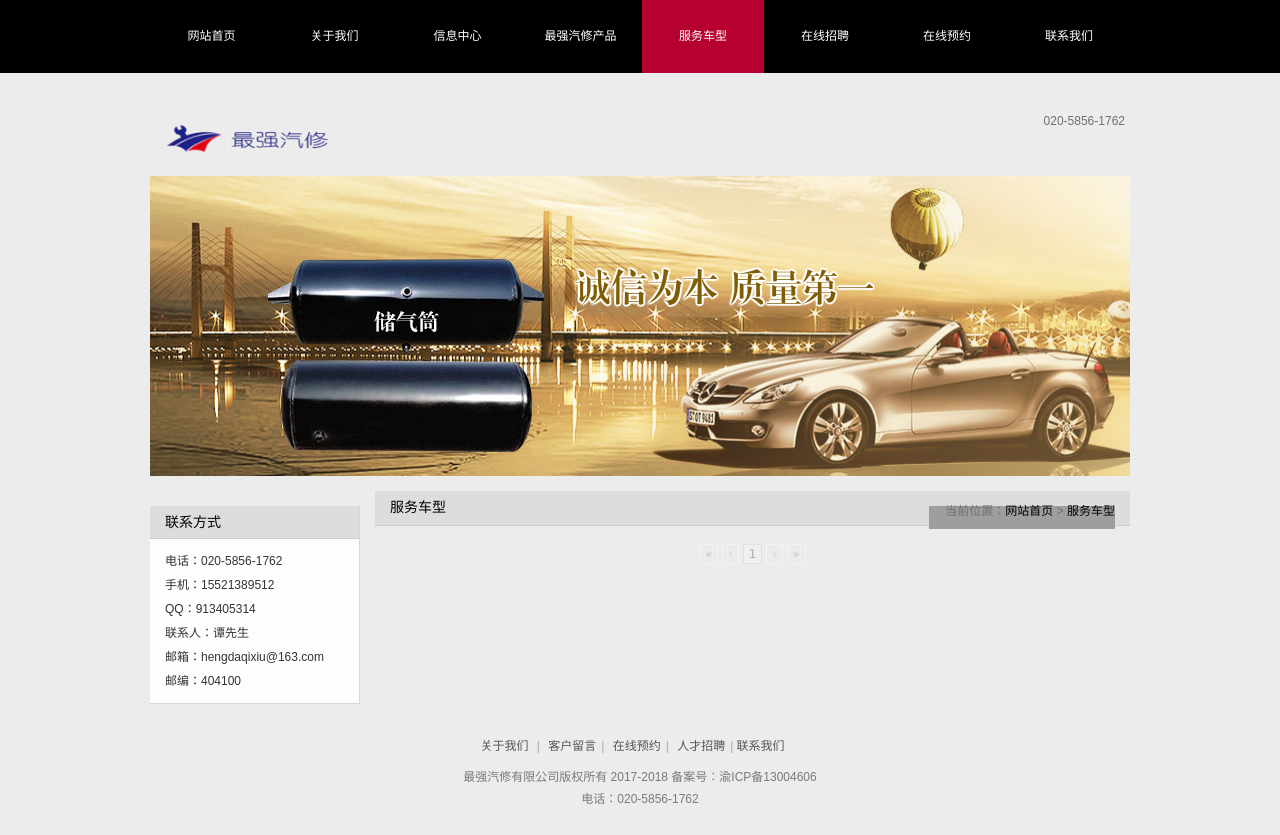
Repository: liaojingrui01/CarRepair
Page: http://localhost/CarWebPro/carOfficial/cases.jsp
An editor plug-in stored every save of this project. The page is shown before and after the next save, followed by the edit.
The browser window is 1280 px wide. The pictures show the whole page.
Pictures or frames that could not be fetched are drawn as grey boxes. The page is served by Tomcat 9. Other server files are loaded and not shown. The template is opened directly, without the code that normally fills it, so the values that code supplies are empty.

Above is the page before, as saved 2019-07-03 02:54:39.
Console error (its wording comes from the project's code and is left out).

### CarWebPro/WebContent/carOfficial/cases.jsp
<%@ page language="java" contentType="text/html; charset=utf-8"
	pageEncoding="utf-8"%>
	<%@ taglib uri="http://java.sun.com/jsp/jstl/core" prefix="c"%>
<!DOCTYPE HTML>
<html>

<head>
<meta name="renderer" content="webkit">
<meta charset="utf-8" />
<meta http-equiv="X-UA-Compatible" content="IE=edge,chrome=1">
<title>最强汽修有限公司</title>
<link href="/CarWebPro/carOfficial/css/bootstrap.css" rel="stylesheet">
<script src="/CarWebPro/carOfficial/js/bootstrap.js"></script>
<link rel="stylesheet" type="text/css" href="/CarWebPro/carOfficial/css/meteinfo_ui.css"
	id="metuimodule" data-module="1" />
<link rel="stylesheet" type="text/css" href="/CarWebPro/carOfficial/css/metinfo.css" />

<script src="/CarWebPro/carOfficial/js/jQuery1.7.2.js" type="text/javascript"></script>
<script src="/CarWebPro/carOfficial/js/metinfo_ui.js" type="text/javascript"></script>
<script src="/CarWebPro/carOfficial/js/ch.js" type="text/javascript"></script>
<!--[if IE]>
<script src="./public/js/html5.js" type="text/javascript"></script>
<![endif]-->
</head>

<body>
	<div class="m-nav">
		<nav class="inner">
			<ul class="list-none">
				<li id="nav_10001" style='width: 123px;'><a href='/CarWebPro/carOfficial/index.jsp'
					title='网站首页' class='nav'><span>网站首页</span></a></li>
				<li id='nav_1' style='width: 123px;'><a href='javascript:;'
					0 title='关于我们' class='hover-none nav'><span>关于我们</span></a></li>
				<li id='nav_2' style='width: 123px;'><a href='javascript:;'
					title='信息中心' class='hover-none nav'><span>信息中心</span></a></li>
				<li id='nav_3' style='width: 123px;'><a href='javascript:;'
					title='恒达汽修产品' class='hover-none nav'><span>最强汽修产品</span></a></li>
				<li id='nav_4' style='width: 122px;' class='navdown'><a
					href='${pageContext.request.contextPath }/CarUrl?op=carservice' title='服务车型' class='hover-none nav'><span>服务车型</span></a></li>
				<li id='nav_34' style='width: 122px;'><a href='javascript:;'
					title='在线招聘' class='hover-none nav'><span>在线招聘</span></a></li>
				<li id='nav_11' style='width: 122px;'><a href='booking.jsp'
					title='在线预约 ' class='hover-none nav'><span>在线预约 </span></a></li>
				<li id='nav_18' style='width: 122px;'><a href='javascript:;'
					title='联系我们' class='hover-none nav'><span>联系我们</span></a></li>
			</ul>
		</nav>
	</div>



	<header>
		<div class="inner top">

			<a href="./../" title="汽配公司" id="web_logo"> <img
				src="/CarWebPro/carOfficial/img/1363847903.png" style="width: 210px; height: 55px;"
				alt="汽配公司" title="汽配公司" style="margin:0px 0px 0px 10px;" />
			</a>

			<div class="top-seo">
				<div class="tpseotxt">
					<p>&nbsp;020-5856-1762</p>
				</div>
			</div>
		</div>
	</header>

	<div class="inner met_flash">
		<div class="flash">
			<img src='/CarWebPro/carOfficial/img/1363850250.jpg' width='980' alt='' height='300'>
		</div>
	</div>

	<div class="sidebar inner">

		<div class="sb_nav">

			<h3 class='title line'>联系方式</h3>
			<div class="active editor b-r">
				<div>电话：020-5856-1762</div>
				<div>手机：15521389512</div>
				<div>QQ：913405314</div>
				<div>联系人：谭先生</div>
				<div>邮箱：hengdaqixiu@163.com</div>
				<div>邮编：404100</div>
				<div class="clear"></div>
			</div>

		</div>

		<div class='sb_box '>
			<h3 class="title">
				<div class="position">
					当前位置：<a href="./../" title="网站首页">网站首页</a> &gt; <a href=../cases/ >服务车型</a>
				</div>
				<span>服务车型</span>
			</h3>
			<div class="clear"></div>

			<div class="active tupAple" id="imglist">
				<ul class='list-none metlist'>
				<c:forEach items="${list}" var="item">
					<li class='list' style='width: 231px; margin-left: 10px; margin-right: 10px;'>

						<a href='#' title='${item.carName}' target='_self' class='img' onclick="javascript:return edit('${item.carImg}','${item.carName}')">
						<img src='uploadFile/${item.carImg}' alt='${item.carName}' title='${item.carName}' width='210'height='130' /></a>
						<h3>
							<a href='#' title='${item.carName}' target='_self'>${item.carName}</a>
						</h3>

					</li>
					</c:forEach>
				</ul>
				<div class="clear"></div>
			</div>
			<div id="flip">
				<div class='digg4 metpager_8'>
					<span class='disabled disabledfy'><b>«</b></span><span
						class='disabled disabledfy'>‹</span><span class='current'>1</span><span
						class='disabled disabledfy'>›</span><span
						class='disabled disabledfy'><b>»</b></span>
				</div>
			</div>
		</div>
		<div class="clear"></div>
	</div>


<!-- Modal -->
<div class="modal fade" id="myModal" tabindex="-1" role="dialog" aria-labelledby="myModalLabel" style="margin-top:100px;">
  <div class="modal-dialog" role="document">
    <div class="modal-content">
      <div class="modal-header">
        <button type="button" class="close" data-dismiss="modal" aria-label="Close"><span aria-hidden="true">&times;</span></button>
        <h4 class="modal-title" id="myModalLabel">Modal title</h4>

      </div>
      <div class="modal-body" style="height:340px">
      <div class="col-md-1"></div>
        <img   class="col-md-10" id="imageId"width='400px' height='300px' />
        <div class="col-md-1"></div>
      </div>
    </div>
  </div>
</div>

		<footer class="inner">
			<div class="foot-nav">
				<a 0 title='关于我们'>关于我们</a><span> |</span> <a title='客户留言'>客户留言</a><span>|
					<span> <a
						href='${pageContext.request.contextPath }/carOfficial/booking.jsp'
						title='在线预约'>在线预约</a><span>| </span> <a title='人才招聘'>人才招聘</a><span>|
							<a title='网站地图'>联系我们</a>
			</div>
			<div class="foot-text">
				<p>最强汽修有限公司版权所有 2017-2018 备案号：渝ICP备13004606</p>
				<p>电话：020-5856-1762</p>
			</div>
		</footer>


	<script src="/CarWebPro/carOfficial/js/jquery-3.4.1.js" type="text/javascript"></script>
<script src="/CarWebPro/carOfficial/js/bootstrap.js"></script>
 <script>
 	function edit(carImg,carName){
 		var h1 = document.getElementById('myModalLabel');
 		h1.innerHTML = carName;
 		img='uploadFile/'+carImg;
 		$("#imageId").attr("src",img);
 		$('#myModal').modal('show');

 	}
 </script>
</body>

</html>

### CarWebPro/WebContent/carOfficial/css/metinfo.css
@charset "utf-8";
html,body{ font:12px Arial,"宋体", Helvetica, sans-serif; color:#6F6F6F; background:#ececec; -webkit-text-size-adjust:none;padding-top:53px;word-wrap:break-word;_background-image:url(about:blank);_background-attachment:fixed;}
a{ color:#919191; text-decoration:none;}
a:hover{ color:#C30; text-decoration:none;}
.fl{ float:left;}
.fr{ float:right;}
.b-r{border-right:1px solid #d7d7d7;border-bottom:1px solid #d7d7d7; background:#fdfdfd;}
/*头部*/
.inner{width:980px; margin:0px auto; position:relative;zoom:1;}
.m-nav{ position:fixed;left:0px;top:0px;z-index:9999; width:100%; height:73px;_position:absolute; _left:expression(eval(document.documentElement.scrollLeft)); _top:expression(eval(document.documentElement.scrollTop)); background:#000;}
nav{background:#000; height:73px; width:100%;}
nav .nav{margin-bottom:0px;}
nav li{ float:left;position:relative;z-index:2; height:73px;line-height:73px; zoom:1;text-align:center;overflow:hidden;}
nav li a{ display:inline-block; color:#fff;}
nav li.Num_1{ background:#404040;}
nav li.Num_2{ background:#323232;}
nav li.Num_3{ background:#292929;}
nav ul li.hover, nav ul li.navdown{background:#b6002f;}
nav ul li.hover a, nav ul li.navdown a{ color:#fff !important;}
.ot-lang{position:fixed; top:86px; left:0px; padding:0px 2px 1px 0px; background:url(../yyBg.png) right bottom no-repeat;z-index:9999;_position:absolute; _top:expression(eval(document.documentElement.scrollTop+86));}
.ot-lang ul{background:url(../laugBg.gif) repeat-x #FFF; height:33px;border:1px solid #FFF; position:relative; top:-1px;min-width:50px;_width:50px; white-space:nowrap;}
.ot-lang ul li{line-height:33px; padding-left:16px;padding-right:10px;}
header .top{min-height:60px;_height:60px;zoom:1;}
#web_logo{width:40%; font-size:0px;position:relative; z-index:1; cursor:pointer; overflow:hidden;}
header .top-seo{ position:absolute;top:8px;right:5px;z-index:1; text-align:right; width:60%; overflow:hidden;}
header .tbsearch{ float:right; margin-top:10px; background:#fff; height:20px; overflow:hidden;zoom:1;}
header .tbsearch span.navsearch_input input{ border:none; background:none; position:relative;top:-4px; width:128px; overflow:hidden; outline:none;color:#ccc;}
header .tbsearch input.searchimage{margin-top:2px;}
.met_flash{ margin-top:10px; font-size:0px; overflow:hidden;}
.met_flash ul{ padding:0px; margin:0px;}
/*首页*/
.main{ margin-top:14px;}
.main h3.ti{height:46px; line-height:46px; position:relative; border-bottom:1px dotted #CACACA; margin:0px 15px; margin-top:3px;}
.main h3.ti span{display:inline-block; border-bottom:1px solid #CACACA; height:46px; position:absolute; bottom:-1px; left:0px; color:#323232; font-size:15px; padding:0px 2px;}
.main h3.ti a.more{position:absolute; top:0; right:0; font-size:11px; font-weight:normal; color:#AFAFAF;cursor:pointer;}
.about-x{ width:355px; overflow:hidden;}
.about-x h3{ padding:15px 15px 0px 15px; line-height:22px; font-size:15px; color:#323232;}
.about-x h3 span{ color:#6C6C6C; font-size:12px; display:block; font-weight:normal;}
.about-x .editor{ color:#929292;padding:10px 15px 15px 15px;}
.newlist-x{ width:341px; overflow:hidden; margin-left:10px;}
.newlist-x .metlist{padding:12px 15px 15px 18px;}
.newlist-x li{height:24px; line-height:24px; overflow:hidden; color:#919191;zoom:1;}
.newlist-x li a{color:#919191;}
.newlist-x li a:hover{ color:#666;}
.newlist-x li span{ float:right; padding-left:5px;}
*html .newlist-x li img{ margin-top:5px;}
.case-x{ width:262px; overflow:hidden;}
.case-x .metlist{padding:0px 15px 15px 15px; text-align:center;}
.case-x li{ font-size:0px; margin-top:10px;}
.productlist-x{ padding-top:14px;}
*+html .productlist-x{ padding-bottom:14px;}
*html .productlist-x{ padding-bottom:14px;}
.productlist-x h3.pti{ height:40px; line-height:40px; overflow:hidden;zoom:1; padding:0px 15px; font-size:15px; color:#323232;}
.productlist-x h3.pti i{ font-style:normal; padding-left:10px; font-size:12px; color:#6C6C6C; font-weight:normal;}
.productlist-x h3.pti .more{ float:right; font-size:11px; font-weight:normal; color:#AFAFAF; cursor:pointer;}
.productlist-x .metlist{padding-top:14px;zoom:1;}
.productlist-x li.list{ float:left;display:inline;zoom:1;overflow:hidden;margin-bottom:14px; position:relative;}
.productlist-x li.list div{background:#fff url(../pro-listbg.jpg) repeat-x; border-top:1px solid #fff; border-left:1px solid #fff;border-right:1px solid #d7d7d7;border-bottom:1px solid #d7d7d7;padding:10px;}
.productlist-x li h3{ font-weight:normal; font-size:14px; padding:14px 0px 5px 0px; text-align:center;}
.productlist-x li .img{ font-size:0px;}
.productlist-x li h3 a{ color:#595959;}.productlist-x li h3 a:hover{ color:#C30;}
.productlist-x li p.descr{ color:#888; line-height:1.8;padding:4px 0px 23px 0px;}
.productlist-x li .more{ background:url(../addIco.gif) no-repeat left 2px; padding-left:15px; position:absolute; bottom:11px;}
.friendlk{padding:0px 20px 10px 20px;}
.friendlk h3{ height:30px; line-height:30px; font-size:15px;color:#323232; padding-top:6px;zoom:1;}
.friendlk h3 .more{float:right; font-size:11px; font-weight:normal; color:#AFAFAF; cursor:pointer; margin-top:-4px;}
.friendlk ul{ list-style:none; padding:0px; margin:0px;}
.friendlk ul li{ float:left; margin-right:10px; line-height:22px; word-wrap:normal;}
.lkimg a{ font-size:0px;}
.lkimg img{ width:100px; height:30px; margin-top:7px;}
/*底部*/
footer{ padding:20px 0px; text-align:center;}
.foot-nav{margin-top:10px;height:25px;line-height:25px;}
.foot-nav a{color:#555;}.foot-nav a:hover{ color:#C30;}
.foot-nav span{ color:#aaa; padding:0px 5px;}
.foot-text{padding:8px 0px 5px; color:#7A7A7A; line-height:1.8;}
.foot-text a{ text-decoration:underline;}
/*内页侧栏*/
.sidebar{ margin-top:15px;}
.sidebar .sb_nav{ float:left; width:210px;}
.sidebar .sb_nav h3.title{ text-align:left;padding:0px 15px; height:33px; background:#ddd; line-height:33px; border-bottom:1px solid #ccc; font-size:14px; font-weight:normal; color:#000; border-right:1px solid #d7d7d7;}
.sidebar .sb_nav h3.line{ margin-top:15px; }
.sidebar .sb_nav .active{ padding:10px 15px;}
#sidebar dl dt{ padding:4px 0px 5px 0px; margin-top:5px;}
#sidebar dl dt a{ display:block; border:1px solid #eee;background:#F6F6F6;color:#666;-moz-border-radius:3px;-webkit-border-radius:3px;border-radius:3px; padding:6px 10px; text-align:center; cursor:pointer;}
#sidebar dl dd{ padding:0px 15px;}
#sidebar dl dd h4{ font-weight:normal; padding:5px 0px 5px 0px;}
#sidebar dl dd h4 a{display:block;padding:6px 10px;background:#999;color:#fff;text-align:center;-moz-border-radius:10px;-webkit-border-radius:10px;border-radius:10px;}
#sidebar dl dd h4 a.nav{ margin-bottom:0px;}
#sidebar dl dt.on a,#sidebar dl dt a:hover{color:#333; border:1px solid #ddd;background:#F3F3F3;filter:progid:DXImageTransform.Microsoft.gradient(startColorstr='#F3F3F3', endColorstr='#E9E9E9'); /* for IE */background:-webkit-gradient(linear, left top, left bottom, from(#F3F3F3), to(#E9E9E9)); /* for webkit browsers */background:-moz-linear-gradient(top, #F3F3F3, #E9E9E9); /* for firefox 3.6+ */}
#sidebar dl h4.on a,#sidebar dl h4 a:hover{background:#b6002f; color:#fff;}
.sidebar .sb_box{ float:right; width:755px; overflow:hidden; }
.sidebar .sb_box h3.title{ border-bottom:1px solid #ccc; background:#ddd; height:35px; line-height:35px; position:relative;}
.sidebar .sb_box h3.title span{ position:absolute; left:0px; top:-1px; font-size:14px; padding:0px 15px; font-weight:normal; color:#000;}
.sidebar .sb_box h3.title div.position{ float:right; font-weight:normal; position:relative; top:3px; right:15px; background:url(../home.png) no-repeat left 12px; padding-left:16px;}
.sidebar .sb_box h3.title div.position a{ color:#000;}
.sidebar .sb_box h3.title div.position a:hover{ color:#C00;}
/*文章模块*/
#newslist li{ background:url(../dd.png) no-repeat left 11px;}
#newslist li a{ color:#444; font-size:100%;}
#newslist li a:hover{ color:#C00;}
#newslist li p{color:#666;padding-top:8px;padding-bottom:7px;}
/*产品模块*/
#productlist{ padding:15px 0px 0px 0px;}
#productlist li{ margin-bottom:15px;}
#productlist li a.img{ border-right:1px solid #d7d7d7; background:#fff;}
#productlist li a.img img{ padding:10px 10px 5px 10px; border:none;}
#productlist li h3{ background:#fff;border-right:1px solid #d7d7d7; border-bottom:1px solid #d7d7d7;}
/*图片模块*/
#imglist{ padding:15px 0px 0px 0px;}
#imglist li{ margin-bottom:15px;}
#imglist li a.img{ border-right:1px solid #d7d7d7; background:#fff;}
#imglist li a.img img{padding:10px 10px 5px 10px; border:none;}
#imglist li h3{ background:#fff;border-right:1px solid #d7d7d7; border-bottom:1px solid #d7d7d7;}
/*下载模块*/
#downloadlist .metlist dt{ background:url(../dwico1.png) no-repeat 2px 5px;}
#downloadlist dl.top dt a{ color:#444;}
#downloadlist dl.top dt a:hover{ color:#000;}
#downloadlist .metlist dd a{ text-decoration:none; color:#999; background:url(../ck.png) no-repeat left 2px; padding-left:12px; text-shadow:1px 1px #fff;}
#downloadlist .metlist dd a.down{ text-decoration:none; color:#999; background:url(../dw.png) no-repeat left 3px; padding-left:12px;}
#downloadlist .metlist dd a:hover{ color:#000;}
/*友情链接*/
*+html #linklist .ctitle{ background-position:left 5px;}
/*会员中心*/
.sidebar .sb_nav h3.line{ border-top:none;}

Loaded but not shown: CarWebPro/WebContent/carOfficial/css/bootstrap.css (library); CarWebPro/WebContent/carOfficial/js/bootstrap.js (library); CarWebPro/WebContent/carOfficial/js/jQuery1.7.2.js (library); CarWebPro/WebContent/carOfficial/js/jquery-3.4.1.js (library); CarWebPro/WebContent/carOfficial/js/metinfo_ui.js (143 lines, source omitted); CarWebPro/WebContent/carOfficial/js/ch.js (100 lines, source omitted); CarWebPro/WebContent/carOfficial/css/meteinfo_ui.css (212 lines, source omitted)

After the next save:
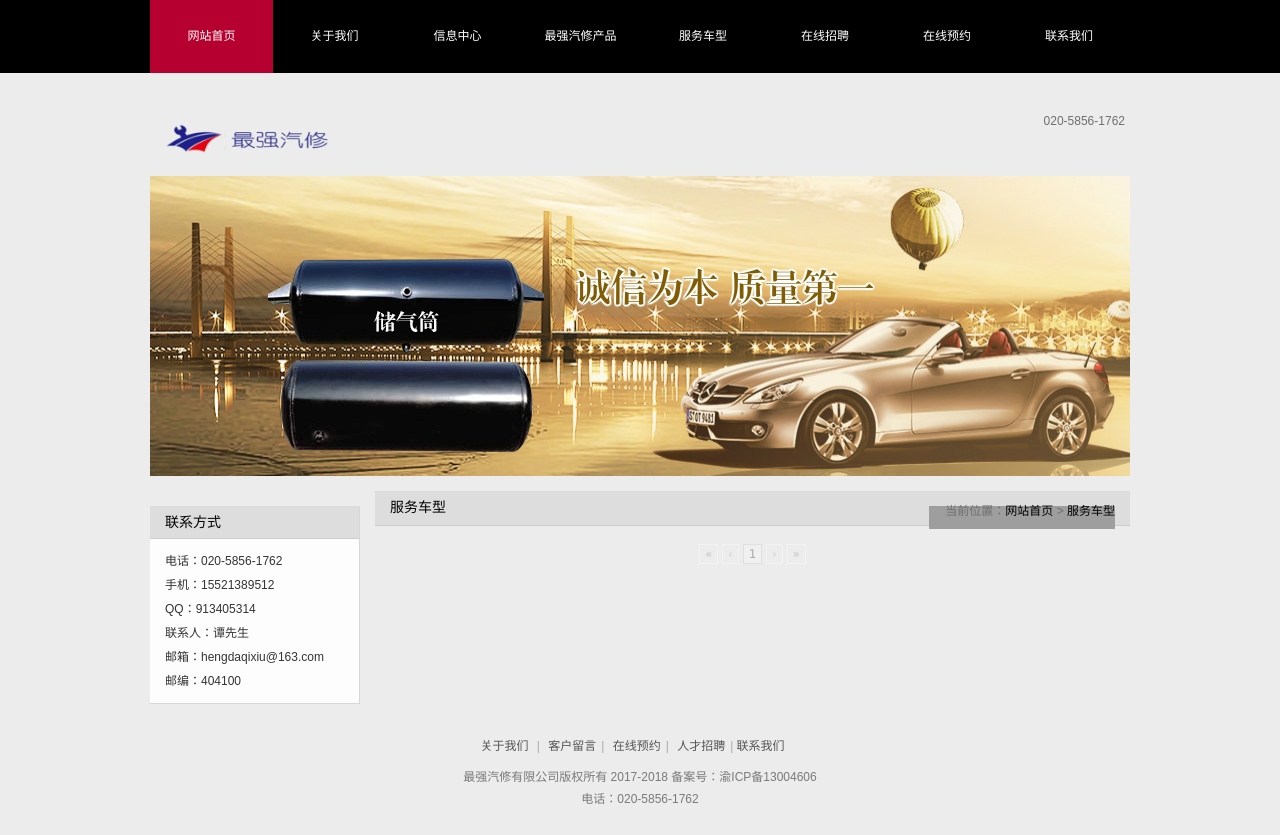
Saved 9 s later.
--- a/CarWebPro/WebContent/carOfficial/cases.jsp
+++ b/CarWebPro/WebContent/carOfficial/cases.jsp
@@ -27,21 +27,21 @@
 	<div class="m-nav">
 		<nav class="inner">
 			<ul class="list-none">
-				<li id="nav_10001" style='width: 123px;'><a href='/CarWebPro/carOfficial/index.jsp'
-					title='网站首页' class='nav'><span>网站首页</span></a></li>
-				<li id='nav_1' style='width: 123px;'><a href='javascript:;'
+				<li id="nav_10001" style='width: 123px;' class='navdown'><a
+					href="${pageContext.request.contextPath }/indexUrl?op=queryBunner" title='网站首页' class='nav'><span>网站首页</span></a></li>
+				<li id='nav_1' style='width: 123px;'><a
 					0 title='关于我们' class='hover-none nav'><span>关于我们</span></a></li>
-				<li id='nav_2' style='width: 123px;'><a href='javascript:;'
+				<li id='nav_2' style='width: 123px;'><a
 					title='信息中心' class='hover-none nav'><span>信息中心</span></a></li>
-				<li id='nav_3' style='width: 123px;'><a href='javascript:;'
+				<li id='nav_3' style='width: 123px;'><a
 					title='恒达汽修产品' class='hover-none nav'><span>最强汽修产品</span></a></li>
-				<li id='nav_4' style='width: 122px;' class='navdown'><a
-					href='${pageContext.request.contextPath }/CarUrl?op=carservice' title='服务车型' class='hover-none nav'><span>服务车型</span></a></li>
-				<li id='nav_34' style='width: 122px;'><a href='javascript:;'
+				<li id='nav_4' style='width: 122px;'><a href='${pageContext.request.contextPath }/carOfficial/cases.jsp'
+					title='服务车型' class='hover-none nav'><span>服务车型</span></a></li>
+				<li id='nav_34' style='width: 122px;'><a
 					title='在线招聘' class='hover-none nav'><span>在线招聘</span></a></li>
-				<li id='nav_11' style='width: 122px;'><a href='booking.jsp'
-					title='在线预约 ' class='hover-none nav'><span>在线预约 </span></a></li>
-				<li id='nav_18' style='width: 122px;'><a href='javascript:;'
+				<li id='nav_11' style='width: 122px;'><a href='${pageContext.request.contextPath }/carOfficial/booking.jsp'
+					title='在线预约' class='hover-none nav'><span>在线预约</span></a></li>
+				<li id='nav_18' style='width: 122px;'><a
 					title='联系我们' class='hover-none nav'><span>联系我们</span></a></li>
 			</ul>
 		</nav>

After the save that followed:
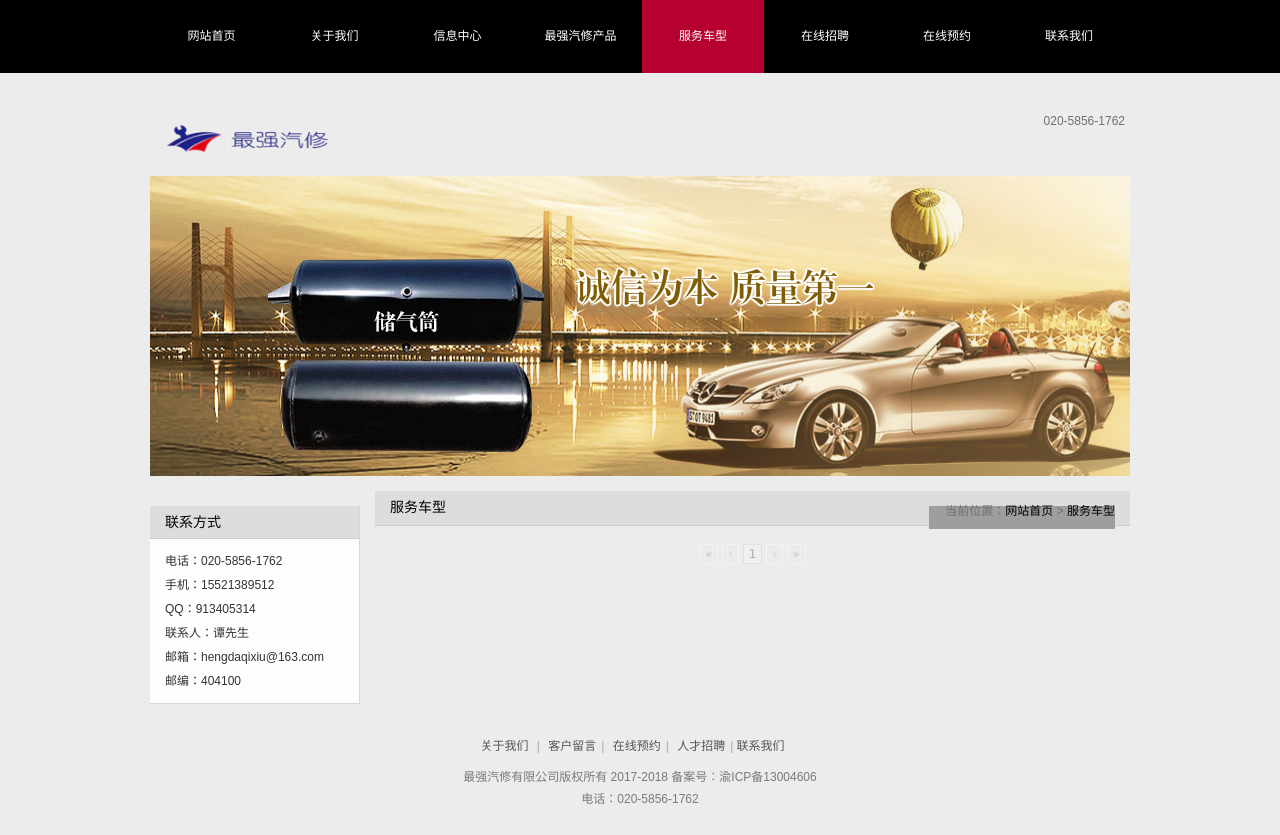
Saved 3 min 42 s later.
--- a/CarWebPro/WebContent/carOfficial/cases.jsp
+++ b/CarWebPro/WebContent/carOfficial/cases.jsp
@@ -27,21 +27,21 @@
 	<div class="m-nav">
 		<nav class="inner">
 			<ul class="list-none">
-				<li id="nav_10001" style='width: 123px;' class='navdown'><a
-					href="${pageContext.request.contextPath }/indexUrl?op=queryBunner" title='网站首页' class='nav'><span>网站首页</span></a></li>
-				<li id='nav_1' style='width: 123px;'><a
+				<li id="nav_10001" style='width: 123px;'><a href='/CarWebPro/carOfficial/index.jsp'
+					title='网站首页' class='nav'><span>网站首页</span></a></li>
+				<li id='nav_1' style='width: 123px;'><a href='javascript:;'
 					0 title='关于我们' class='hover-none nav'><span>关于我们</span></a></li>
-				<li id='nav_2' style='width: 123px;'><a
+				<li id='nav_2' style='width: 123px;'><a href='javascript:;'
 					title='信息中心' class='hover-none nav'><span>信息中心</span></a></li>
-				<li id='nav_3' style='width: 123px;'><a
+				<li id='nav_3' style='width: 123px;'><a href='javascript:;'
 					title='恒达汽修产品' class='hover-none nav'><span>最强汽修产品</span></a></li>
-				<li id='nav_4' style='width: 122px;'><a href='${pageContext.request.contextPath }/carOfficial/cases.jsp'
-					title='服务车型' class='hover-none nav'><span>服务车型</span></a></li>
-				<li id='nav_34' style='width: 122px;'><a
+				<li id='nav_4' style='width: 122px;' class='navdown'><a
+					href='${pageContext.request.contextPath }/CarUrl?op=carservice' title='服务车型' class='hover-none nav'><span>服务车型</span></a></li>
+				<li id='nav_34' style='width: 122px;'><a href='javascript:;'
 					title='在线招聘' class='hover-none nav'><span>在线招聘</span></a></li>
-				<li id='nav_11' style='width: 122px;'><a href='${pageContext.request.contextPath }/carOfficial/booking.jsp'
-					title='在线预约' class='hover-none nav'><span>在线预约</span></a></li>
-				<li id='nav_18' style='width: 122px;'><a
+				<li id='nav_11' style='width: 122px;'><a href='booking.jsp'
+					title='在线预约 ' class='hover-none nav'><span>在线预约 </span></a></li>
+				<li id='nav_18' style='width: 122px;'><a href='javascript:;'
 					title='联系我们' class='hover-none nav'><span>联系我们</span></a></li>
 			</ul>
 		</nav>
